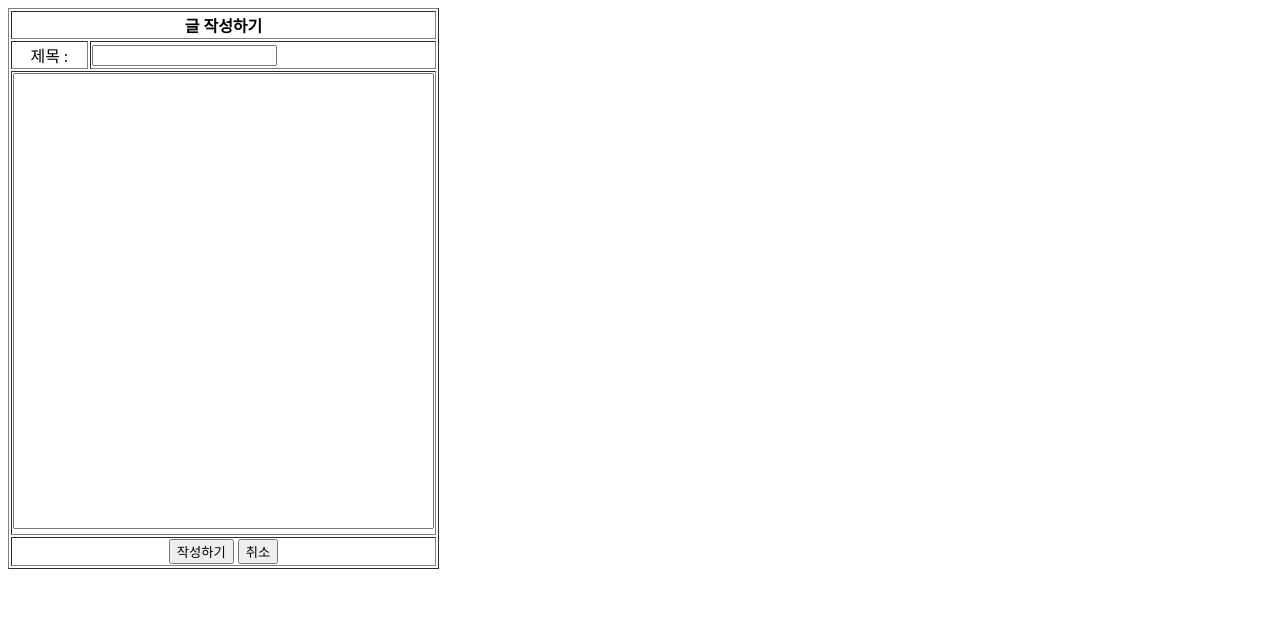
Repository: y2kim/workspace3
Page: WEB_MVC1_JSP_05_25/WebContent/borde/addbordetitle.html
The author's editor kept a copy of each file at every save. The page is drawn from the files as they stood at one save, then again after the next save.
The browser window is 1280 px wide. The pictures show the whole page.

Above is the page before, as saved 2018-06-04 06:46:57.

After the next save:
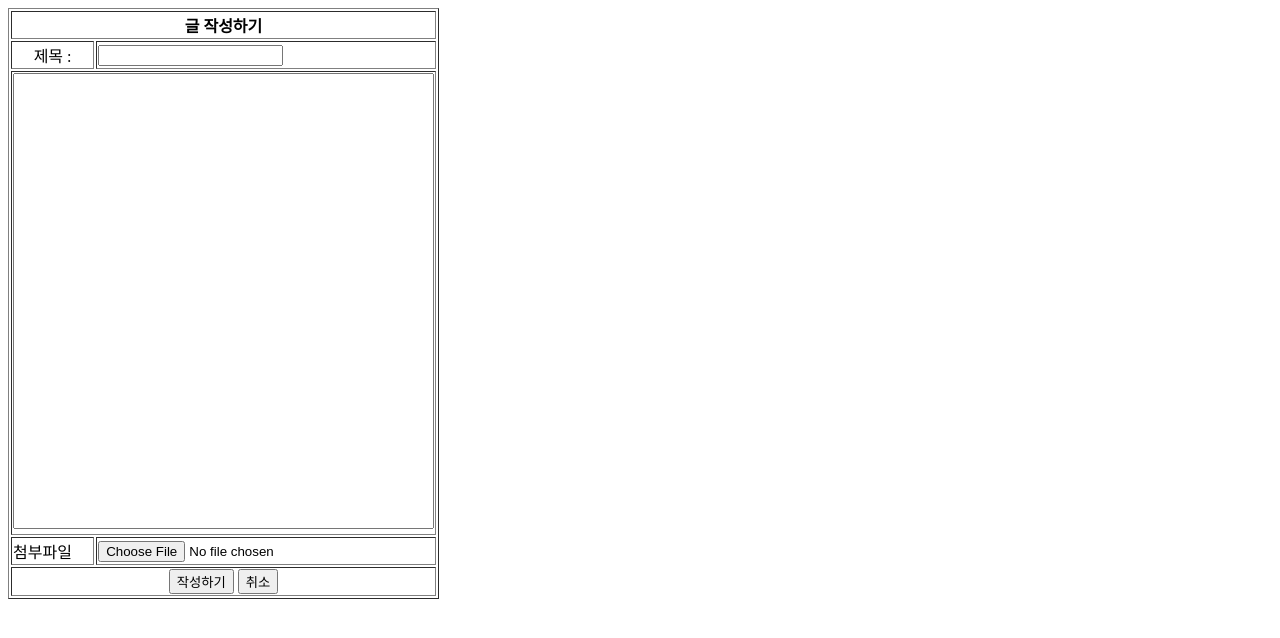
Saved 17 s later.
--- a/WEB_MVC1_JSP_05_25/WebContent/borde/addbordetitle.html
+++ b/WEB_MVC1_JSP_05_25/WebContent/borde/addbordetitle.html
@@ -31,6 +31,11 @@
 			<button  type="Button" id="minfile" >파일 삭제하기</button>
 		</td>
    </tr>-->
+    <tr><td>첨부파일</td>
+		<td>
+			<input type="file" name="file">
+		</td>
+	</tr>
    <tr ><td colspan="5" style="align-content:center;" align="center" >
    <button id="done" type="button">작성하기</button>
    <button id="cancle" type="button">취소</button>
